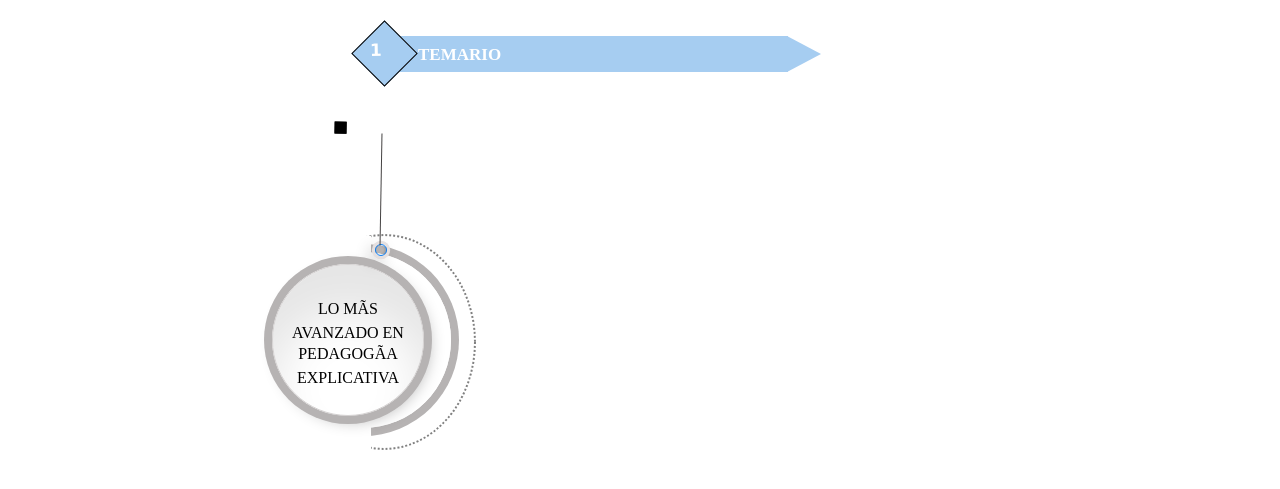
Repository: jennymoreno94/Menu
Page: index.html
These files come from the project's save history. The page is drawn as it stood at one moment and after the next save; the edit follows.
The browser window is 1280 px wide. The pictures show the whole page.

Above is the page before, as saved 2021-08-01 23:23:36.

After the next save:
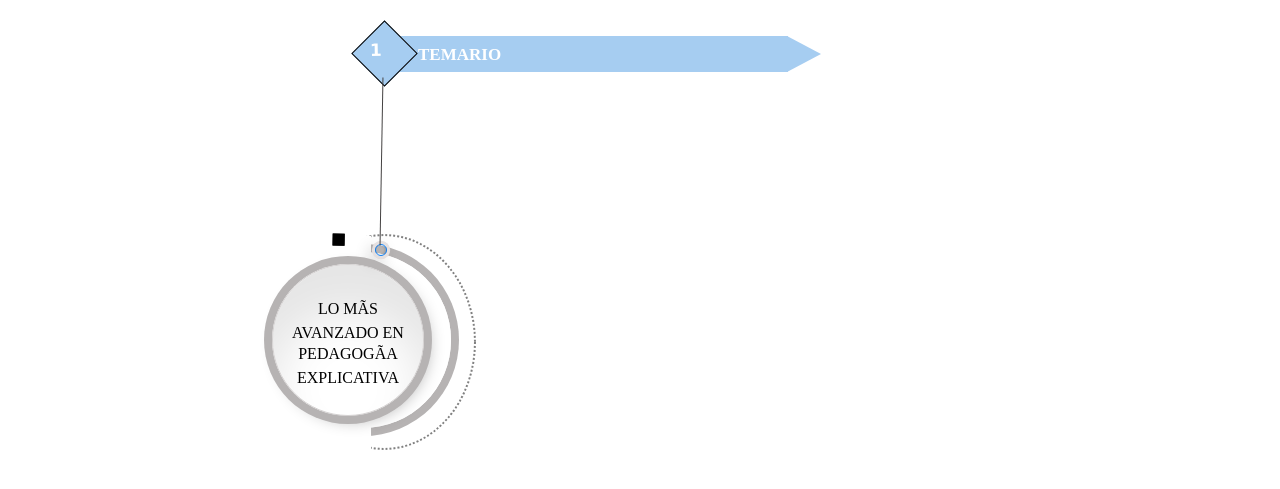
Saved 38 s later.
--- a/index.html
+++ b/index.html
@@ -16,8 +16,7 @@
 
         <div class="circulo-pequeno num1">
 
-            <div class="linea-agrupada linea1">
-              <span class="linea"></span>
+            <div class="linea-agrupada linea linea1">
                <span class="punto-linea"></span>
             </div>
             <div class="boton-agrupado btn1">
